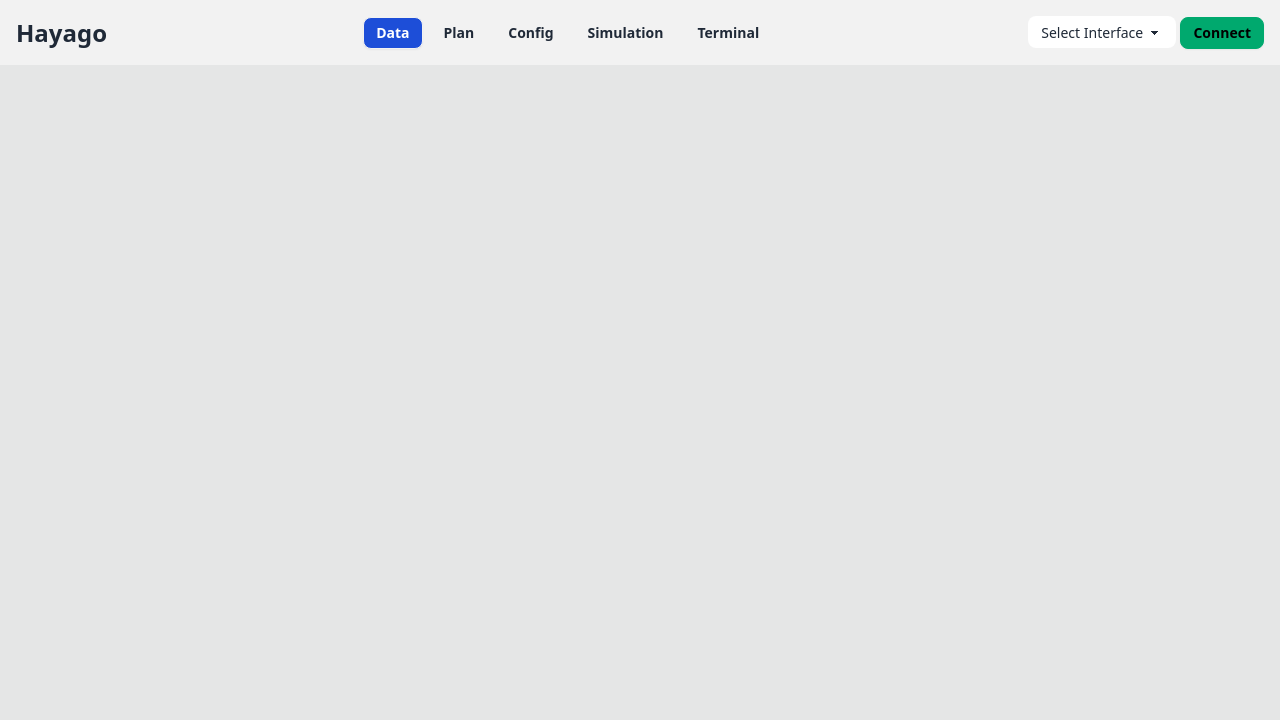
Repository: khulqu15/rov.commander
Page: http://localhost/planner/
An editor plug-in stored every save of this project. The page is shown before and after the next save, followed by the edit.
The browser window is 1280 px wide. The pictures show the whole page.
Some web libraries are served in a nearby version. The page is served by the project's application, run on Django 5.2 (manage.py). Other server files are loaded and not shown.

Above is the page before, as saved 2025-02-06 21:10:20.

### templates/index.html
<!DOCTYPE html>
<html lang="en">
<head>
    <meta charset="UTF-8">
    <meta name="viewport" content="width=device-width, initial-scale=1.0">
    <link href="https://cdn.jsdelivr.net/npm/daisyui@4.12.23/dist/full.min.css" rel="stylesheet" type="text/css" />
    <script src="https://cdn.tailwindcss.com"></script>
    <title>Mission Planner App</title>
</head>
<body>
    <div class="fixed left-0 w-full p-4 bg-base-200 top-0 flex justify-between items-center">
        <div>
            <h1 class="text-2xl font-bold">Hayago</h1>
        </div>
        <div class="lg:flex items-center justify-center gap-2">
            <button type="submit" class="btn bg-blue-700 text-white btn-sm">Data</button>
            <button type="submit" class="btn btn-ghost btn-sm">Plan</button>
            <button type="submit" class="btn btn-ghost btn-sm">Config</button>
            <button type="submit" class="btn btn-ghost btn-sm">Simulation</button>
            <button type="submit" class="btn btn-ghost btn-sm">Terminal</button>
        </div>
        <form method="GET">
            <select name="interface" class="select select-border select-sm" id="interface">
                <option value="">Select Interface</option>
                {% for interface in interfaces %}
                    <option value="{{ interface }}" {% if interface == selected_interface %}selected{% endif %}>{{ interface }}</option>
                {% endfor %}
            </select>
            <button type="submit" class="btn btn-success btn-sm">Connect</button>
        </form>
    </div>
    <div class="min-h-screen w-full bg-base-300"></div>
</body>
</html>

### network/views.py
import socket
import serial.tools.list_ports
from rest_framework.response import Response
from rest_framework.decorators import api_view
from django.shortcuts import render
from django.http import JsonResponse

serial_connection = False

def get_network_interfaces():
    """Mendapatkan daftar interface jaringan yang tersedia"""
    interfaces = set()
    host_name = socket.gethostname()
    for ip in socket.getaddrinfo(host_name, None):
        interfaces.add(ip[4][0])
    return list(interfaces)

@api_view(["GET"])
def get_network_info(request):
    interfaces = get_network_interfaces()
    selected_interface = request.GET.get("interface", None)

    ip_list = []
    com_ports = []

    if selected_interface:
        ip_list = [ip for ip in interfaces if ip == selected_interface]

        ports = list(serial.tools.list_ports.comports())
        com_ports = [{"device": port.device, "description": port.description} for port in ports]

    return render(request, "index.html", {
        "interfaces": interfaces,
        "selected_interface": selected_interface,
        "tcpIp": ip_list,
        "comPorts": com_ports
    })

@api_view(["POST"])
def connect_device(request):
    global serial_connection
    port_name = request.POST.get("port")
    baud_rate = request.POST.get("baud", 9600)
    if not port_name:
        return JsonResponse({"error": "No COM Selected"})
    try:
        serial_connection = serial.Serial(port_name, baudrate=int(baud_rate), timeout=1)
        return("/planner")
    except Exception as e:
        return JsonResponse({"error": str(e)}, status=500)

### missionCore/urls.py
"""
URL configuration for missionCore project.

The `urlpatterns` list routes URLs to views. For more information please see:
    https://docs.djangoproject.com/en/5.1/topics/http/urls/
Examples:
Function views
    1. Add an import:  from my_app import views
    2. Add a URL to urlpatterns:  path('', views.home, name='home')
Class-based views
    1. Add an import:  from other_app.views import Home
    2. Add a URL to urlpatterns:  path('', Home.as_view(), name='home')
Including another URLconf
    1. Import the include() function: from django.urls import include, path
    2. Add a URL to urlpatterns:  path('blog/', include('blog.urls'))
"""
from django.contrib import admin
from django.urls import path, include

urlpatterns = [
    path('admin/', admin.site.urls),
    path('', include('network.urls'))
]

### network/urls.py
from django.urls import path
from .views import get_network_info

urlpatterns = [
    path('planner/', get_network_info, name='planner'),
]

After the next save:
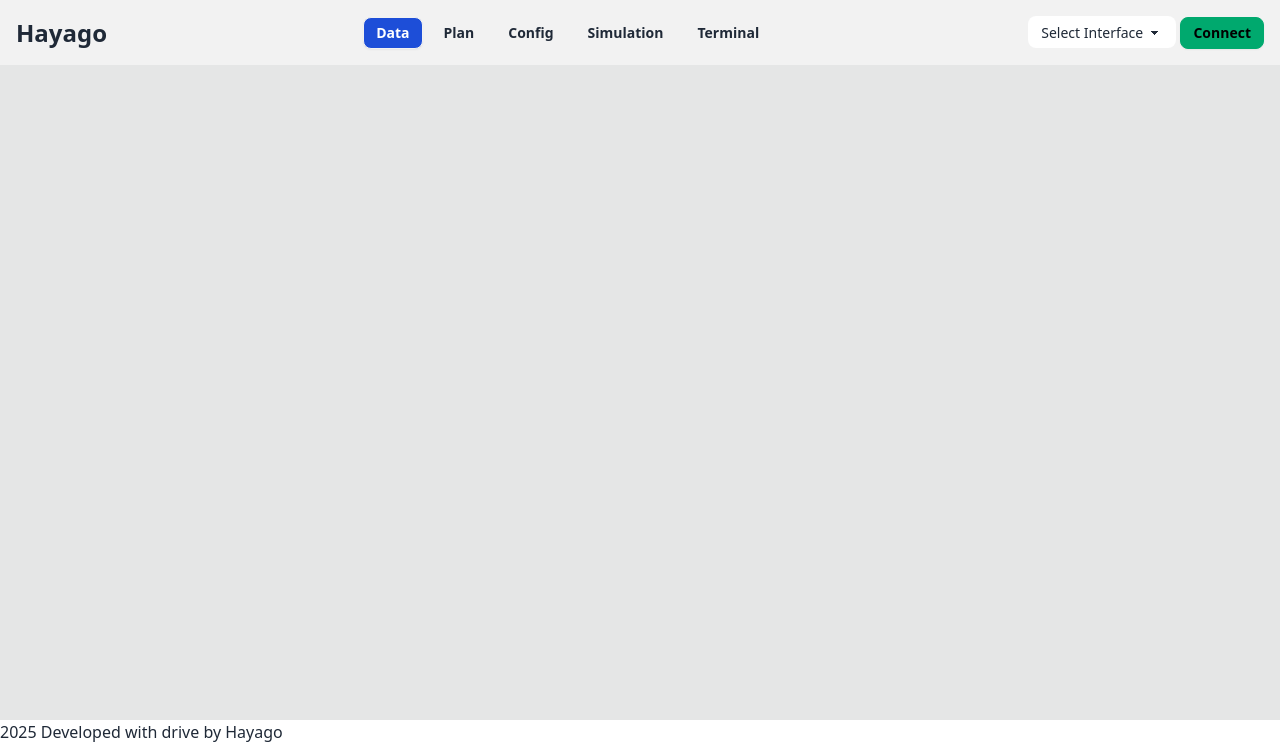
Saved 28 s later.
--- a/templates/index.html
+++ b/templates/index.html
@@ -30,5 +30,6 @@
         </form>
     </div>
     <div class="min-h-screen w-full bg-base-300"></div>
+    <div class>2025 Developed with drive by Hayago</div>
 </body>
 </html>
